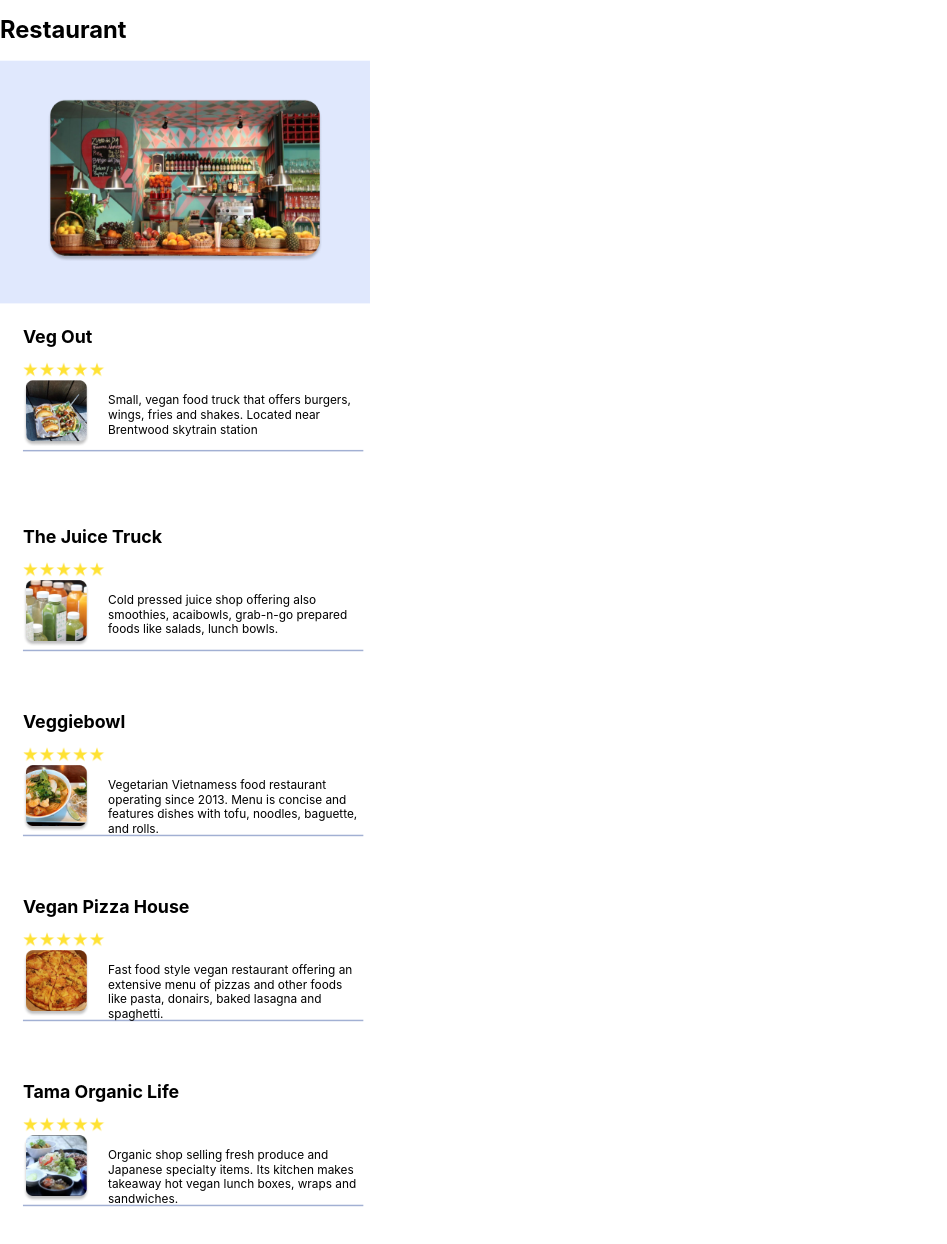
Repository: Kinakopan/design_mindfulEating_site
Page: /restaurant (app in firstapp/)
An editor plug-in stored every save of this project. The page is shown before and after a run of saves, followed by the edit.
The browser window is 1280 px wide. The pictures show the whole page, at 74% of full size.
The project was rebuilt for these pictures with package versions that can differ from the ones it lists, and the page was loaded fresh each time. The framework's server and built-in components were replaced by stand-ins that run in the browser. Also part of the build but not shown: firstapp/next.config.js.

Above is the page before, as saved 2022-04-21 10:58:14.

### firstapp/pages/restaurant.js
import ImgCard from "../comps/ImgCard";
import RestaurantCard from "../comps/RestaurantCard";



export default function Restaurant(){

    return (
    <div>
        <h1>Restaurant</h1>

        <ImgCard
        img="/restaurant.png"
        bg="#E0E8FD"/>


    <main>
        <RestaurantCard>
        </RestaurantCard>
        <br></br>

        <RestaurantCard
            img="/juice truck.png"
            h2="The Juice Truck"
            txt="Cold pressed juice shop offering also smoothies, acaibowls, grab-n-go prepared foods like salads, lunch bowls."
        ></RestaurantCard>

        <RestaurantCard
            img="/veggie bowl.png"
            h2="Veggiebowl"
            txt="Vegetarian Vietnamess food restaurant operating since 2013. Menu is concise and features dishes with tofu, noodles, baguette, and rolls."
        ></RestaurantCard>

         <RestaurantCard
            img="/vegan pizza.png"
            h2="Vegan Pizza House"
            txt="Fast food style vegan restaurant offering an extensive menu of pizzas and other foods like pasta, donairs, baked lasagna and spaghetti."
        ></RestaurantCard>

        <RestaurantCard
            img="/Tama img.png"
            h2="Tama Organic Life"
            txt="Organic shop selling fresh produce and Japanese specialty items. Its kitchen makes takeaway hot vegan lunch boxes, wraps and sandwiches."
        ></RestaurantCard>


    </main>
    </div>

    )
}

### firstapp/comps/ImgCard.js
import { Children } from 'react';
import styled from 'styled-components';

const CardCont = styled.div`
    background-color: ${props=>props.cl};
    color: ${props=>props.text_cl};
    min-width: 375px;
    max-width: 500px;
    padding: 1em 3em 1em 3em;
    border-radius: ${props=>props.border_radius};
    margin: ${props=>props.margin};
`;

const DispImage = styled.img`
    width: 100%;
    padding: 1em;
    margin: ${props=>props.image_margin};
`;

const List = styled.div`
    text-align: right;
`;

export default function ImgCard({
    img="/food1.png",
    bg="#E0E8FD",
    tcl="#08213E",
    title="",
    txt="",
    bor="",
    mar="",
    n1,n2,n3,n4="",
    marg="",
    Children=null

}){

    return <CardCont cl={bg} text_cl={tcl} border_radius={bor} margin={mar}>
        <h1>{title}</h1>
        <DispImage src={img} image_margin={marg}/>
        <br/>
        <List>
            <h2>{n1}</h2>
            <h2>{n2}</h2>
            <h2>{n3}</h2>
            <h2>{n4}</h2>
        </List>
        <p>{txt}</p>
        {Children}

    </CardCont>
}

### firstapp/comps/RestaurantCard.js

import styled from 'styled-components';


const ReCont = styled.div`
background-color:white;
width:500px;
align-items: center;
position:relative;
height: 250px;
top:1px;
left: 1px;
padding: 10px 10px 10px 30px;
`
;

const ReImg = styled.img`
width:90px;



`;


const Text = styled.p`
float:right;
width:75%;
font-size: 16px;
text-align: left;
margin: 3 3 3 3;

`
;


const ResItem = styled.div`
border-bottom:2px solid #A2b0d3;
`
;

const Title = styled.h2`
width:250px;

`
;

const Button = styled.img`
top:100px;
background-color:"red";
height:20px;
`


export default function RestaurantCard({
    img="/veg out.png",
    bg="#E0E8FD",
    h2="Veg Out",
    txt="Small, vegan food truck that offers burgers, wings, fries and shakes. Located near Brentwood skytrain station",


}){

    return <ReCont
    cl={bg} txt={txt}>
    <Title>{h2}</Title>
    <Button img src="/start rating.png"></Button>
    <ResItem>

        <ReImg src={img}></ReImg>

        <Text>{txt}</Text>


    </ResItem>


    </ReCont>

}


//export default function RestaurantCard(){
    //return(
   //     <img src="/veg out.png" />
   // )

//}

Loaded but not shown: firstapp/pages/_app.js (common file); firstapp/styles/globals.css (common file)

After the next 3 saves:
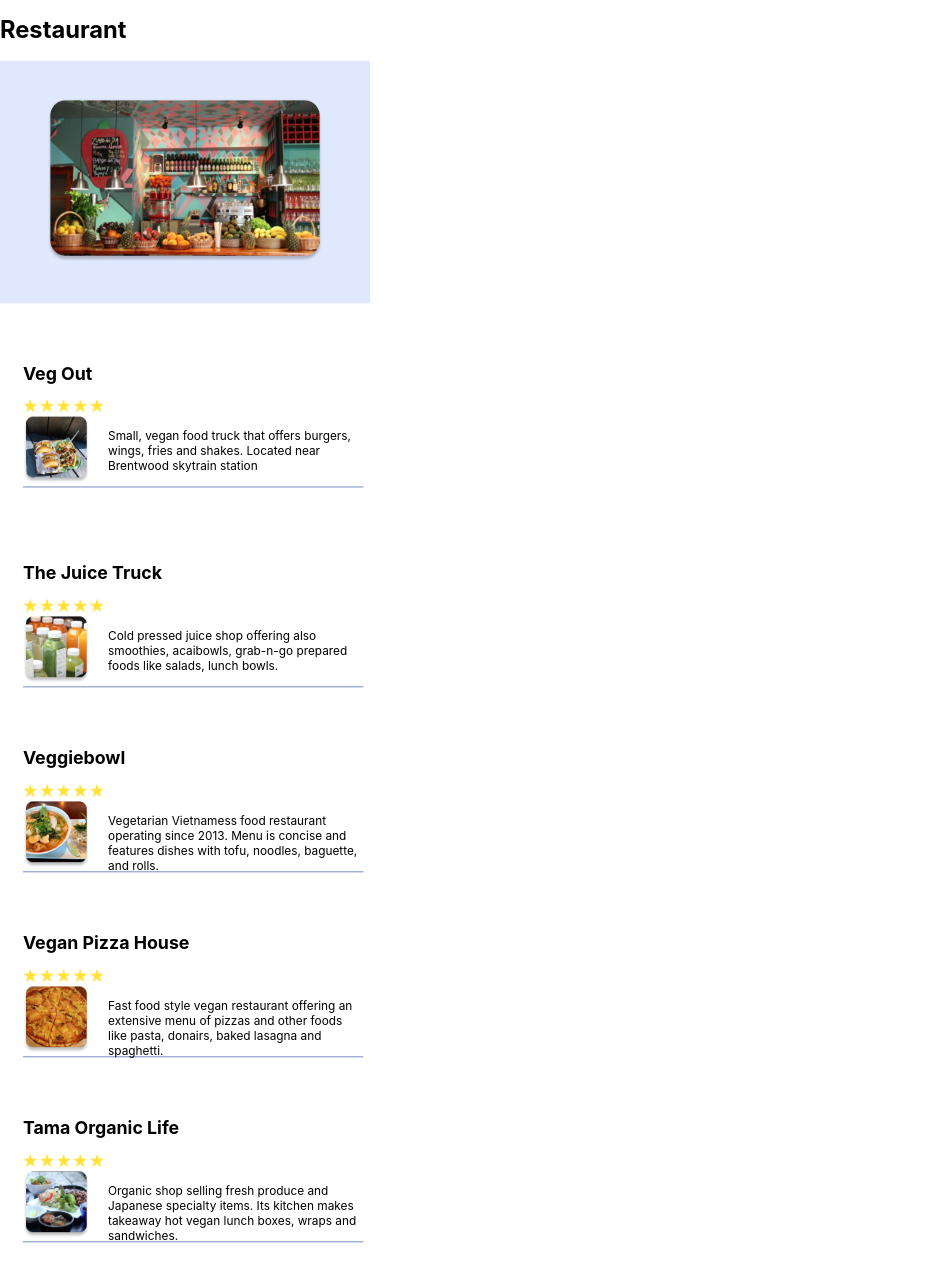
The 3 saves are shown as one change because they came seconds apart.
The last was saved 11 s later.
--- a/firstapp/comps/RestaurantCard.js
+++ b/firstapp/comps/RestaurantCard.js
@@ -8,7 +8,7 @@ width:500px;
 align-items: center;
 position:relative;
 height: 250px;
-top:1px;
+top:50px;
 left: 1px;
 padding: 10px 10px 10px 30px;
 `
